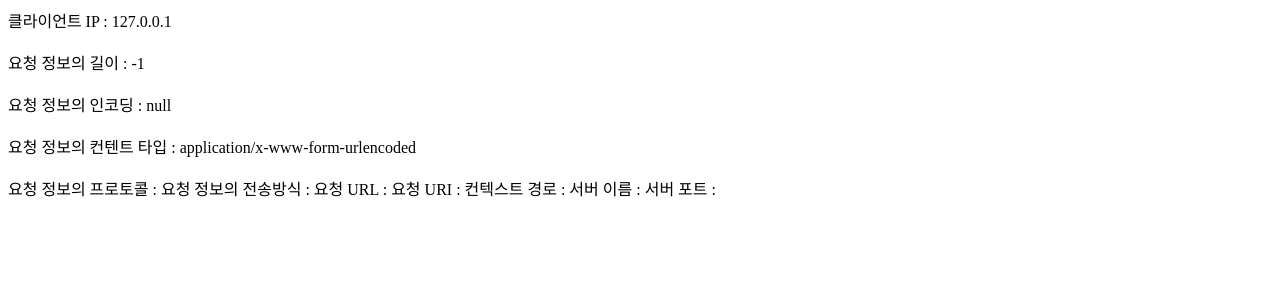
Repository: seminocoe/JSP_STUDY
Page: http://localhost/ServletProject/implicit/reqEx01.jsp
The author's editor kept a copy of each file at every save. The page is drawn from the files as they stood at one save, then again after the next save.
The browser window is 1280 px wide. The pictures show the whole page.
The page is served by Tomcat 9. Nobody is signed in. The application's start-up code is not run.

Above is the page before, as saved 2022-08-02 01:21:24.

After the next save:
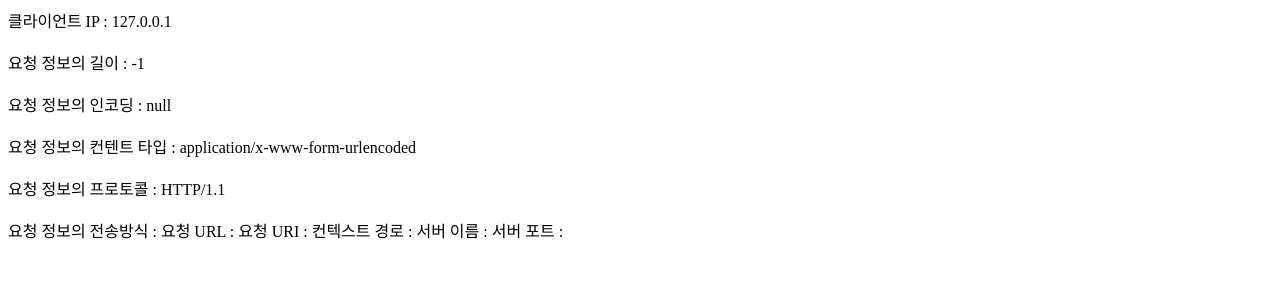
Saved 24 s later.
--- a/ServletProject/src/main/webapp/implicit/reqEx01.jsp
+++ b/ServletProject/src/main/webapp/implicit/reqEx01.jsp
@@ -11,7 +11,7 @@
 요청 정보의 길이 : <%= request.getContentLength() %><br><br>
 요청 정보의 인코딩 : <%= request.getCharacterEncoding() %><br><br>
 요청 정보의 컨텐트 타입 : <%= request.getContentType() %><br><br>
-요청 정보의 프로토콜 :
+요청 정보의 프로토콜 : <%= request.getProtocol() %><br><br>
 요청 정보의 전송방식 :
 요청 URL :
 요청 URI :
